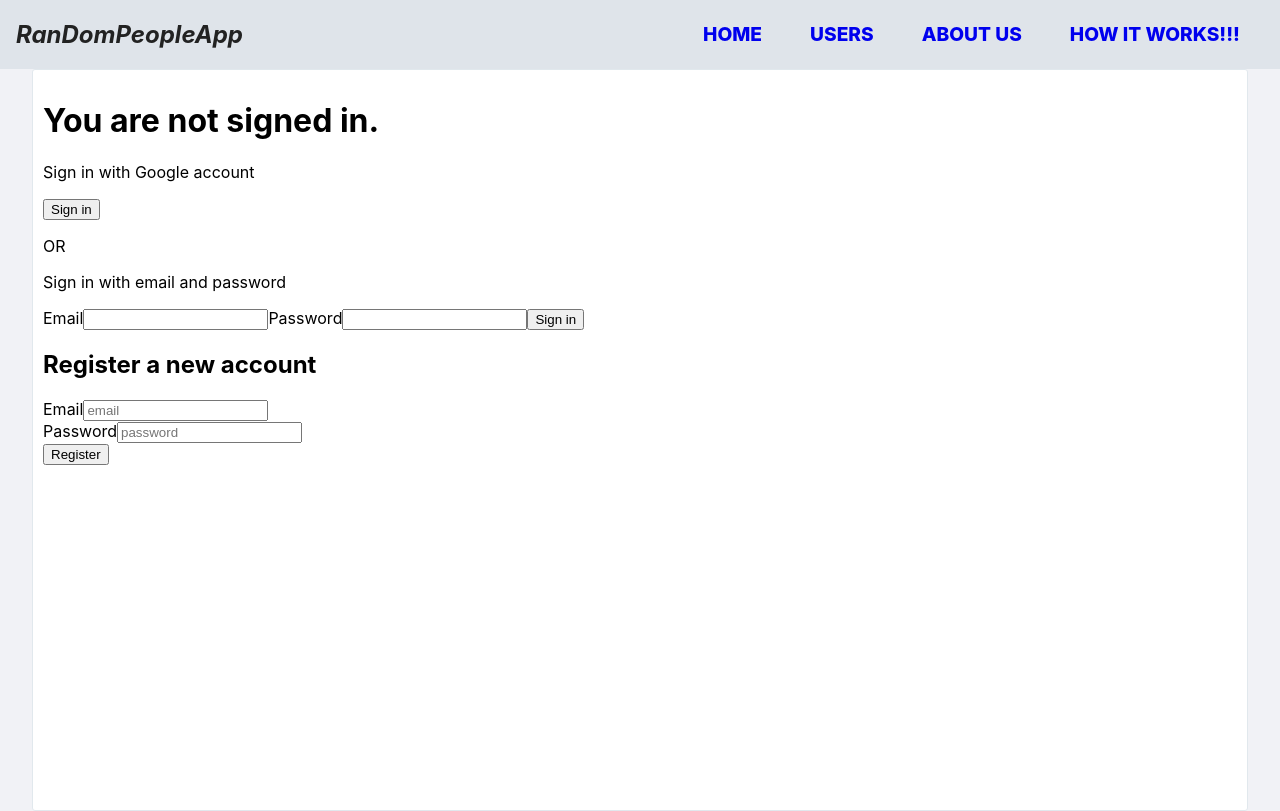
Repository: MikkyPrestige/RandomProfiles
Page: /profile
The author's editor kept a copy of each file at every save. The page is drawn from the files as they stood at one save, then again after the next save.
The browser window is 1280 px wide. The pictures show the whole page.
The project was rebuilt for these pictures with package versions that can differ from the ones it lists, and the page was loaded fresh each time. Also part of the build but not shown: src/assets/styles/home.css, src/components/avatar.jsx, src/components/home.jsx, src/assets/styles/users.css, src/components/users.jsx, src/assets/styles/search.css, src/components/search.jsx, src/assets/styles/help.css and 6 more.

Above is the page before, as saved 2022-11-30 02:22:35.

After the next save:
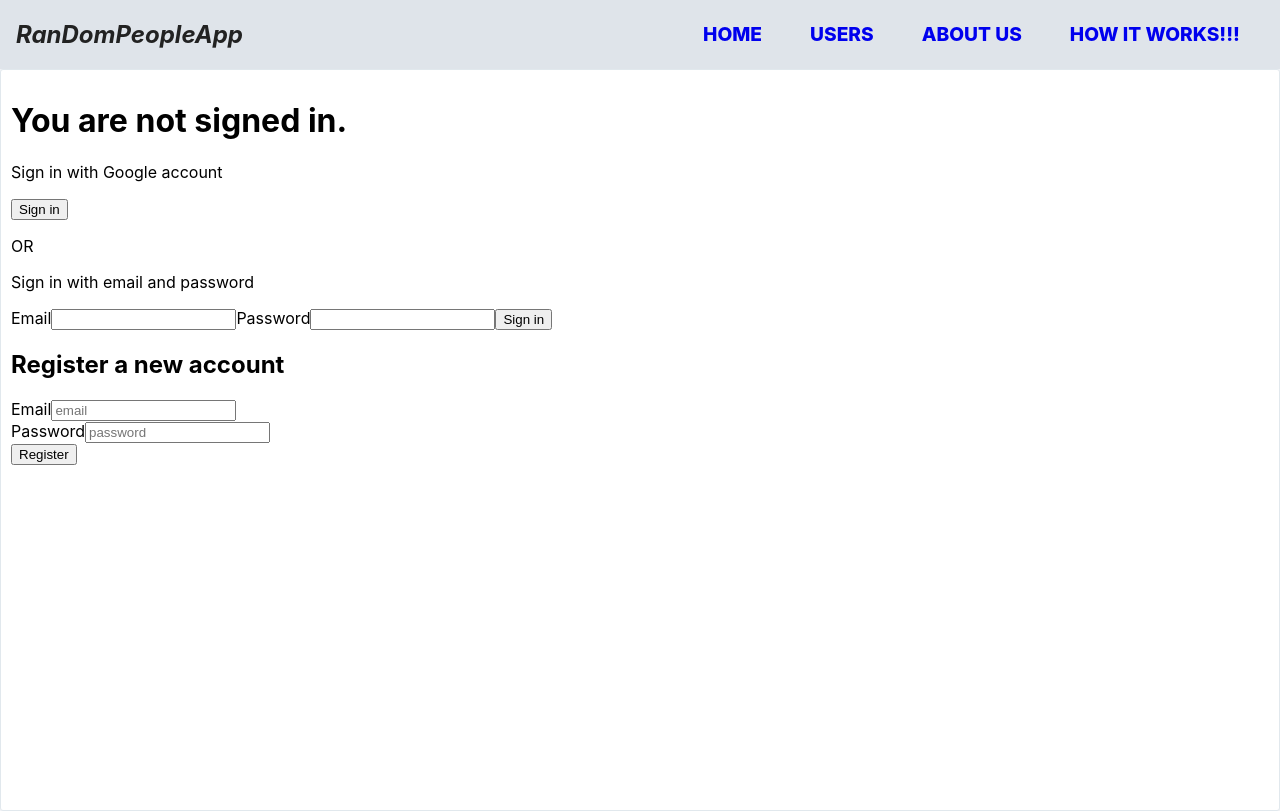
Saved 14 s later.
--- a/src/assets/styles/profile.css
+++ b/src/assets/styles/profile.css
@@ -2,7 +2,7 @@
   background-color: #fff;
   border: 1px solid #e1e8ed;
   border-radius: 3px;
-  margin: 0 2rem;
+  margin: 0 auto;
   padding: 10px;
   height: 100vh;
 }
